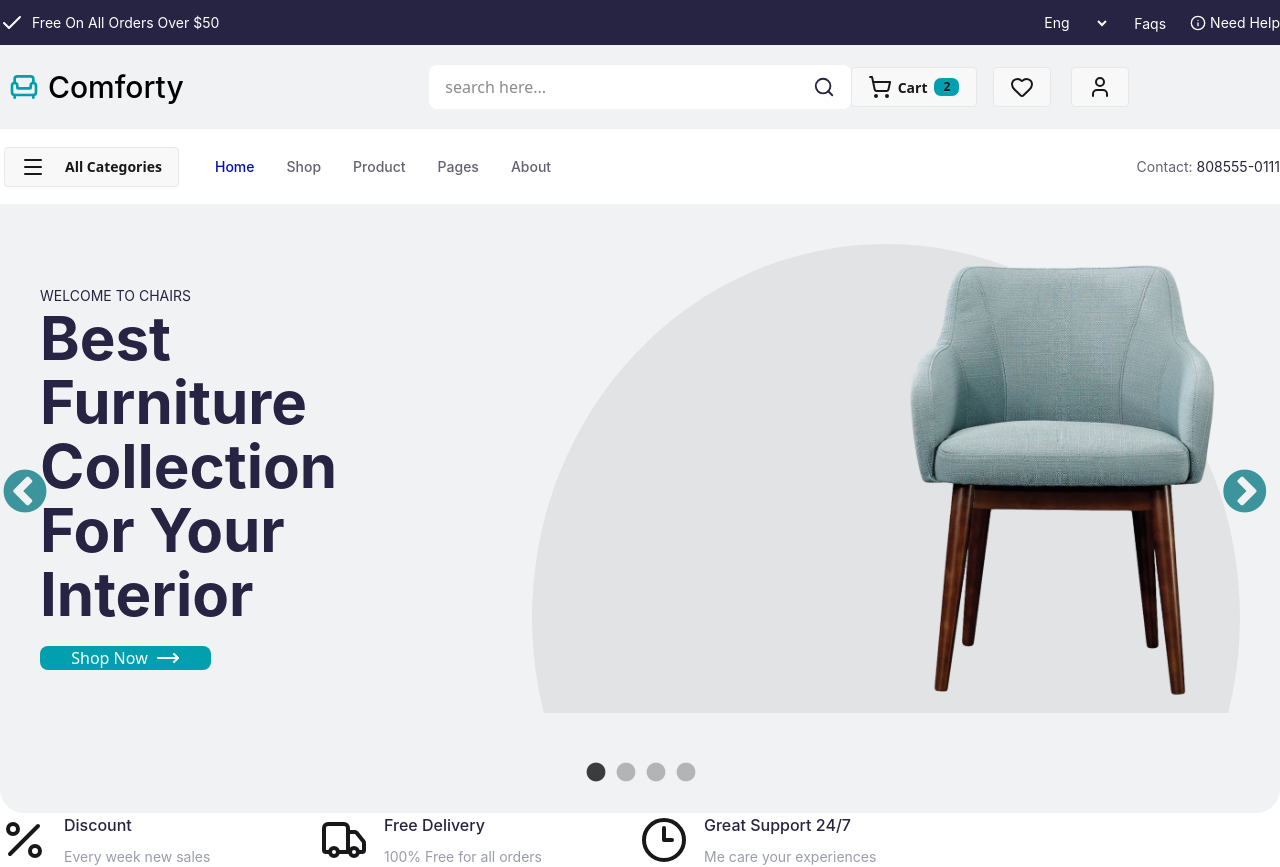
Repository: Neda0o0/store-template-website
Page: /
The author's editor kept a copy of each file at every save. The page is drawn from the files as they stood at one save, then again after the next save.
The browser window is 1280 px wide. The pictures show the whole page.
The project was rebuilt for these pictures with package versions that can differ from the ones it lists, and the page was loaded fresh each time. Also part of the build but not shown: vite.config.js, src/Pages/Auth/Auth.jsx, src/Pages/Auth/Login/Login.jsx, src/Pages/Auth/Register/Register.jsx, src/Pages/Error/Error.jsx, src/AuthCheck/AuthCheck.jsx.

Above is the page before, as saved 2025-10-25 10:24:57.

### index.html
<!DOCTYPE html>
<html lang="en">
  <head>
    <meta charset="UTF-8" />
    <link rel="icon" type="image/svg+xml" href="/vite.svg" />
    <meta name="viewport" content="width=device-width, initial-scale=1.0" />
    <title>new-project</title>
  </head>
  <body>
    <div id="root"></div>
    <script type="module" src="/src/main.jsx"></script>
  </body>
</html>

### src/main.jsx
import { StrictMode } from "react";
import { createRoot } from "react-dom/client";
import MainLayout from "./MainLayout/MainLayout";
import "./index.css";

createRoot(document.getElementById("root")).render(
  <StrictMode>
    <MainLayout />
  </StrictMode>
);

### src/MainLayout/MainLayout.jsx
import { BrowserRouter, Route, Routes } from "react-router";
import Navbar from "../components/Navbar/Navbar";
import Home from "../Pages/Home/Home";
import Auth from "../Pages/Auth/Auth";
import Login from "../Pages/Auth/Login/Login";
import Register from "../Pages/Auth/Register/Register";
import Error from "../Pages/Error/Error";
import AuthCheck from "../AuthCheck/AuthCheck";

const MainLayout = () => {
  return (
    <BrowserRouter>
      {/* Navbar */}
      <Navbar />
      <Routes>
        <Route
          path="/"
          element={
            <AuthCheck>
              <Home />
            </AuthCheck>
          }
        />
        <Route path="auth" element={<Auth />}>
          <Route path="login" element={<Login />} />
          <Route path="register" element={<Register />} />
        </Route>
        {/* not found routes */}
        <Route path="*" element={<Error />} />
      </Routes>
    </BrowserRouter>
  );
};
export default MainLayout;

### src/index.css
@import "tailwindcss";
@plugin "daisyui";

/* google font inter */
@import url("https://fonts.googleapis.com/css2?family=Inter:ital,opsz,wght@0,14..32,100..900;1,14..32,100..900&display=swap");

@theme {
  --font-inter: "Inter", sans-serif;
}

.banner_slide_item {
  display: flex !important;
  justify-content: space-between;
  align-items: center;
  gap: 7.5rem;
}

.banner_image {
  position: relative;
}
.banner_image::before {
  content: "";
  position: absolute;
  top: 0;
  right: 0;
  max-width: 747px;
  width: 100%;
  min-height: 747px;
  height: 100%;
  background-color: #e1e3e5;
  border-radius: 100%;
  z-index: -1;
}
.slick-prev,
.slick-next {
  z-index: 5 !important;
}
.slick-prev {
  left: -40px;
}
.slick-next {
  right: 0.25px;
}
.slick-prev:before,
.slick-next:before {
  font-family: "slick";
  font-size: 50px !important;
  line-height: 1;
  opacity: 0.75;
  color: #007580 !important;
  -webkit-font-smoothing: antialiased;
  -moz-osx-font-smoothing: grayscale;
}
.slick-dots {
  position: absolute;
  bottom: -70px !important;
  display: block;
  width: 100%;
  padding: 0;
  margin: 0;
  list-style: none;
  text-align: center;
}
.slick-dots li button:before {
  font-family: "slick";
  font-size: 22px !important;
  line-height: 20px;
  position: absolute;
  top: 0;
  left: 0;
  width: 20px;
  height: 20px;
  text-align: center;
  opacity: 0.25;
  color: black;
  -webkit-font-smoothing: antialiased;
  -moz-osx-font-smoothing: grayscale;
}

### src/components/Navbar/Navbar.jsx
import {
  Armchair,
  Check,
  Info,
  Search,
  ShoppingCart,
  Heart,
  User,
  Menu,
} from "lucide-react";
import { Link, NavLink } from "react-router-dom";

const Navbar = () => {
  return (
    <div>
      {/* navbar top */}
      <div className="navbar_top flex items-center justify-center bg-[#272343] w-full h-[45px]">
        <div className="lg:container flex justify-between items-center">
          <p className="flex items-center gap-2 text-sm font-inter font-normal text-white capitalize">
            <Check />
            Free on all orders over $50
          </p>
          <div className="navbar_top_right flex items-center gap-6">
            <select
              defaultValue="Server location"
              className=" bg-none h-[30px] w-[70px] text-sm font-inter font-normal capitalize text-white"
            >
              <option>Eng</option>
              <option>Farsi</option>
            </select>
            <button>
              <Link className="text-sm text-white font-inter font-normal capitalize ">
                Faqs
              </Link>
            </button>
            <button>
              <Link className="flex items-center gap-1 text-sm  text-white font-inter font-normal capitalize">
                <Info size={16} />
                Need help
              </Link>
            </button>
          </div>
        </div>
      </div>
      {/* navbar middle */}
      <div className="navbar middle flex items-center justify-center bg-[#f0f2f3] w-full h-[84px]">
        <div className="lg:container grid grid-cols-3 items-center">
          <div className="logo_wrapper">
            <Link
              to="/"
              className="text-3xl text-black font-inter font-medium capitalize flex items-center gap-2"
            >
              <Armchair size="2rem" color="#029fae" /> Comforty
            </Link>
          </div>
          <div className="search_box">
            <form action="#" className="max-w-[443px] h-[44px] relative">
              <input
                type="text"
                placeholder="search here..."
                className=" max-w-[443px] w-full h-full bg-white rounded-lg pl-4 "
              />
              <button className="absolute to-50% right-4 translate-y-1/2">
                <Search size="22px" color="#272343" />
              </button>
            </form>
          </div>
          {/* navbar middle right */}
          <div className="navbar_middle_right flex items-center gap-4">
            <button className="btn capitalize">
              <ShoppingCart /> cart
              <div className="badge badge-sm bg-[#029fae]">2</div>
            </button>
            <button className="btn capitalize">
              <Heart />
            </button>

            <div className="dropdown">
              <div tabIndex={0} role="button" className="btn m-1">
                <User />
              </div>
              <ul
                tabIndex="-1"
                className="dropdown-content menu bg-base-100 rounded-box z-1 w-52 p-2 shadow-sm"
              >
                <li>
                  <Link>Account</Link>
                </li>
                <li>
                  <Link>Logout</Link>
                </li>
              </ul>
            </div>
          </div>
        </div>
      </div>

      {/* navbar bottom */}
      <div className="navbar_bottom flex items-center justify-center w-full h-[75px] bg-white border-[#ele3e5]">
        <div className="lg:container flex items-center justify-between">
          <div className="navbar_bottom_left flex items-center gap-8">
            <div className="dropdown dropdown-start">
              <div
                tabIndex={0}
                role="button"
                className="btn m-1 flex items-center gap-5 capitalize"
              >
                <Menu /> all categories
              </div>
              <ul
                tabIndex="-1"
                className="dropdown-content menu bg-base-100 rounded-box z-1 w-52 p-2 shadow-sm"
              >
                <li>
                  <a>Chair</a>
                </li>
                <li>
                  <a>Pant</a>
                </li>
                <li>
                  <a>Shirt</a>
                </li>
                <li>
                  <a>T-shirt</a>
                </li>
              </ul>
            </div>
            <nav className="flex items-center gap-8">
              <NavLink
                to="/"
                className="text-sm text-[#020fae] font-inter font-medium capitalize"
              >
                Home
              </NavLink>
              <NavLink className="text-sm text-[#636270] font-inter font-medium capitalize">
                shop
              </NavLink>
              <NavLink className="text-sm text-[#636270] font-inter font-medium capitalize">
                product
              </NavLink>
              <NavLink className="text-sm text-[#636270] font-inter font-medium capitalize">
                pages
              </NavLink>
              <NavLink className="text-sm text-[#636270] font-inter font-medium capitalize">
                about
              </NavLink>
            </nav>
          </div>

          <div className="navbar_bottom_right">
            <p className="text-sm text-[#636270] font-inter font-normal capitalize">
              contact: <span className="text-[#272343]">{808}555-0111</span>
            </p>
          </div>
        </div>
      </div>
    </div>
  );
};
export default Navbar;

### src/Pages/Home/Home.jsx
import Banner from "../../components/Banner/Banner";
import Delivery from "../../components/Delivery/Delivery";
const Home = () => {
  return (
    <div>
      {/* banner component */}
      <div className="w-full rounded-b-3xl bg-[#f0f2f3] min-h-[85px] flex items-center justify-center ">
        <Banner></Banner>
      </div>
      {/* delivery component */}
      <div className="w-full min-h[#150px] shadow-md bg-white ">
        <Delivery></Delivery>
      </div>
    </div>
  );
};
export default Home;

### src/components/Banner/Banner.jsx
import "slick-carousel/slick/slick.css";
import "slick-carousel/slick/slick-theme.css";
import Slider from "react-slick";
import { MoveRight } from "lucide-react";

const Banner = () => {
  const products = [
    {
      id: 1,
      title: "Best Furniture collection for your interior ",
      subTitle: "welcome to chairs",
      image: "/src/assets/Banner/banner_image.png",
    },
    {
      id: 2,
      title: "Best Furniture collection for your interior ",
      subTitle: "welcome to chairs",
      image: "/src/assets/Banner/banner_image.png",
    },
    {
      id: 3,
      title: "Best Furniture collection for your interior ",
      subTitle: "welcome to chairs",
      image: "/src/assets/Banner/banner_image.png",
    },
    {
      id: 4,
      title: "Best Furniture collection for your interior ",
      subTitle: "welcome to chairs",
      image: "/src/assets/Banner/banner_image.png",
    },
  ];
  const settings = {
    dots: true,
    infinite: true,
    speed: 500,
    slidesToShow: 1,
    slidesToScroll: 1,
  };
  return (
    <div className="lg:container w-full p-10 mb-15">
      <div className="slider-container w-full h-full">
        <Slider {...settings}>
          {products?.map((product) => (
            <div key={product?.id} className="banner_slide_item">
              {/* banner text */}
              <div className="banner_text">
                <p className="text-sm font-inter font-normal text-[#272343] uppercase">
                  {product?.subTitle}
                </p>
                <h3 className="text-6xl text-[#272343] font-inter capitalize leading-16 max-w-[631px] w-full font-bold mb-5">
                  {product?.title}
                </h3>
                <button className="max-w-[171px] w-full flex items-center justify-center gap-2 h-[52] bg-[#029fae] rounded-lg cursor-pointer text-white capitalize">
                  shop now <MoveRight />
                </button>
              </div>

              {/* banner image */}
              <div className="banner_image w-full h-full flex items-center justify-end">
                <img
                  className="w-[50%]"
                  src={product?.image}
                  alt={product?.title}
                />
              </div>
            </div>
          ))}
        </Slider>
      </div>
    </div>
  );
};
export default Banner;

### src/components/Delivery/Delivery.jsx
import { Percent, Truck, Clock3 } from "lucide-react";

const Delivery = () => {
  return (
    <div className="lg:container mx-auto">
      <div className="grid grid-cols-4">
        <div className="delivery_wrapper">
          <div className="flex items-center gap-4">
            <p>
              <Percent size="3rem" />
            </p>
            <div>
              <h4 className="text-base text-[#272343] mb-2.5 font-medium font-inter capitalize">
                Discount
              </h4>
              <p className="text-sm text-[#9a9caa] font-inter font-normal">
                Every week new sales
              </p>
            </div>
          </div>
        </div>
        <div className="delivery_wrapper">
          <div className="flex items-center gap-4">
            <p>
              <Truck size="3rem" />
            </p>
            <div>
              <h4 className="text-base text-[#272343] mb-2.5 font-medium font-inter capitalize">
                Free Delivery
              </h4>
              <p className="text-sm text-[#9a9caa] font-inter font-normal">
                100% Free for all orders
              </p>
            </div>
          </div>
        </div>
        <div className="delivery_wrapper">
          <div className="flex items-center gap-4">
            <p>
              <Clock3 size="3rem" />
            </p>
            <div>
              <h4 className="text-base text-[#272343] mb-2.5 font-medium font-inter capitalize">
                Great Support 24/7
              </h4>
              <p className="text-sm text-[#9a9caa] font-inter font-normal">
                Me care your experiences
              </p>
            </div>
          </div>
        </div>
      </div>
    </div>
  );
};
export default Delivery;

After the next save:
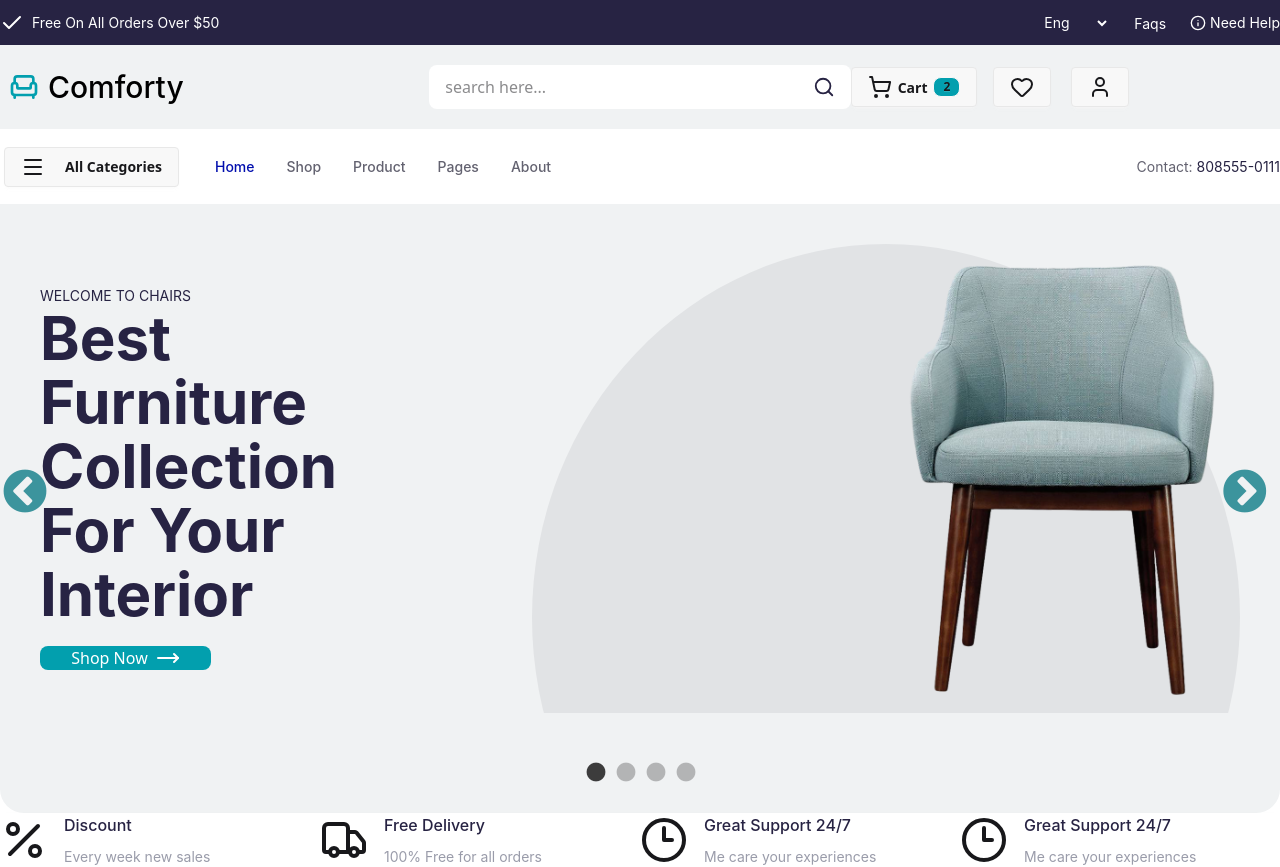
Saved 42 s later.
--- a/src/components/Delivery/Delivery.jsx
+++ b/src/components/Delivery/Delivery.jsx
@@ -49,6 +49,21 @@ const Delivery = () => {
             </div>
           </div>
         </div>
+        <div className="delivery_wrapper">
+          <div className="flex items-center gap-4">
+            <p>
+              <Clock3 size="3rem" />
+            </p>
+            <div>
+              <h4 className="text-base text-[#272343] mb-2.5 font-medium font-inter capitalize">
+                Great Support 24/7
+              </h4>
+              <p className="text-sm text-[#9a9caa] font-inter font-normal">
+                Me care your experiences
+              </p>
+            </div>
+          </div>
+        </div>
       </div>
     </div>
   );
